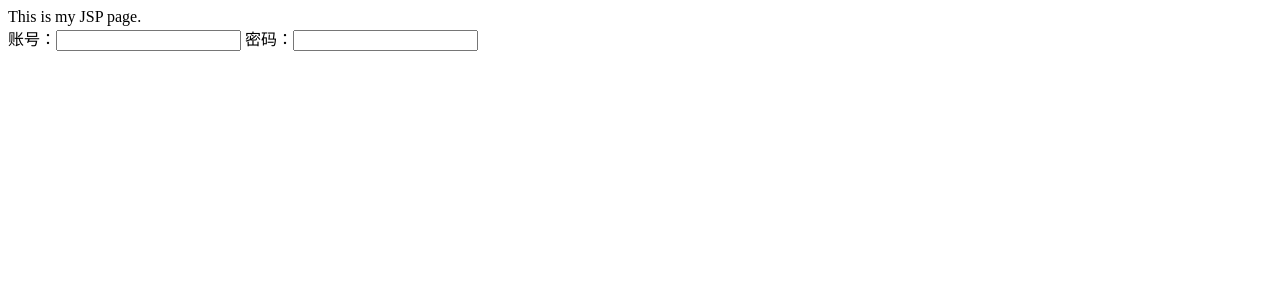
Repository: gaoliangncepu/JavaEEBySXT
Page: http://localhost/HelloWorld/Method.jsp
The author's editor kept a copy of each file at every save. The page is drawn from the files as they stood at one save, then again after the next save.
The browser window is 1280 px wide. The pictures show the whole page.
The page is served by Tomcat 9. Other server files are loaded and not shown.

Above is the page before, as saved 2018-09-06 14:38:06.

### HelloWorld/WebRoot/Method.jsp
<%@ page language="java" import="java.util.*" pageEncoding="utf-8"%>
<%
String path = request.getContextPath();
String basePath = request.getScheme()+"://"+request.getServerName()+":"+request.getServerPort()+path+"/";
%>

<!DOCTYPE HTML PUBLIC "-//W3C//DTD HTML 4.01 Transitional//EN">
<html>
  <head>
    <base href="<%=basePath%>">

    <title>My JSP 'Method.jsp' starting page</title>

	<meta http-equiv="pragma" content="no-cache">
	<meta http-equiv="cache-control" content="no-cache">
	<meta http-equiv="expires" content="0">
	<meta http-equiv="keywords" content="keyword1,keyword2,keyword3">
	<meta http-equiv="description" content="This is my page">
	<!--
	<link rel="stylesheet" type="text/css" href="styles.css">
	-->

  </head>

  <body>
    This is my JSP page. <br>
    	账号：<input type="text" name="uname">
    	密码：<input type="text" name="pwd">
  </body>
</html>

After the next save:
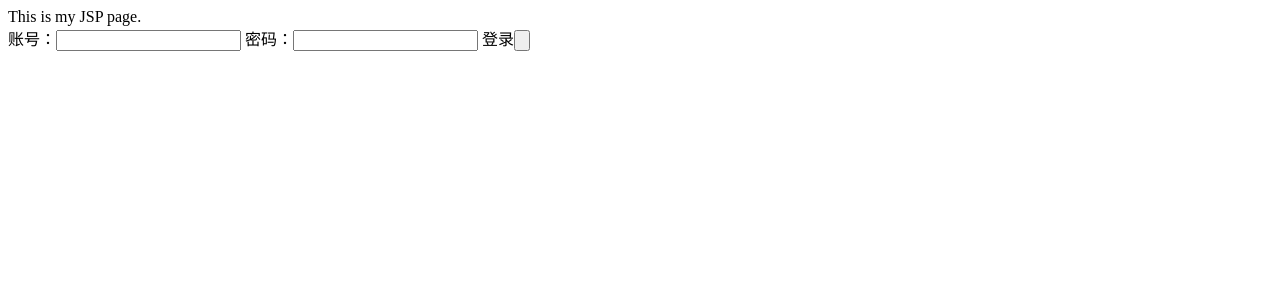
Saved 34 s later.
--- a/HelloWorld/WebRoot/Method.jsp
+++ b/HelloWorld/WebRoot/Method.jsp
@@ -26,5 +26,6 @@ String basePath = request.getScheme()+"://"+request.getServerName()+":"+request.
     This is my JSP page. <br>
     	账号：<input type="text" name="uname">
     	密码：<input type="text" name="pwd">
+    	登录<input type="button">
   </body>
 </html>
